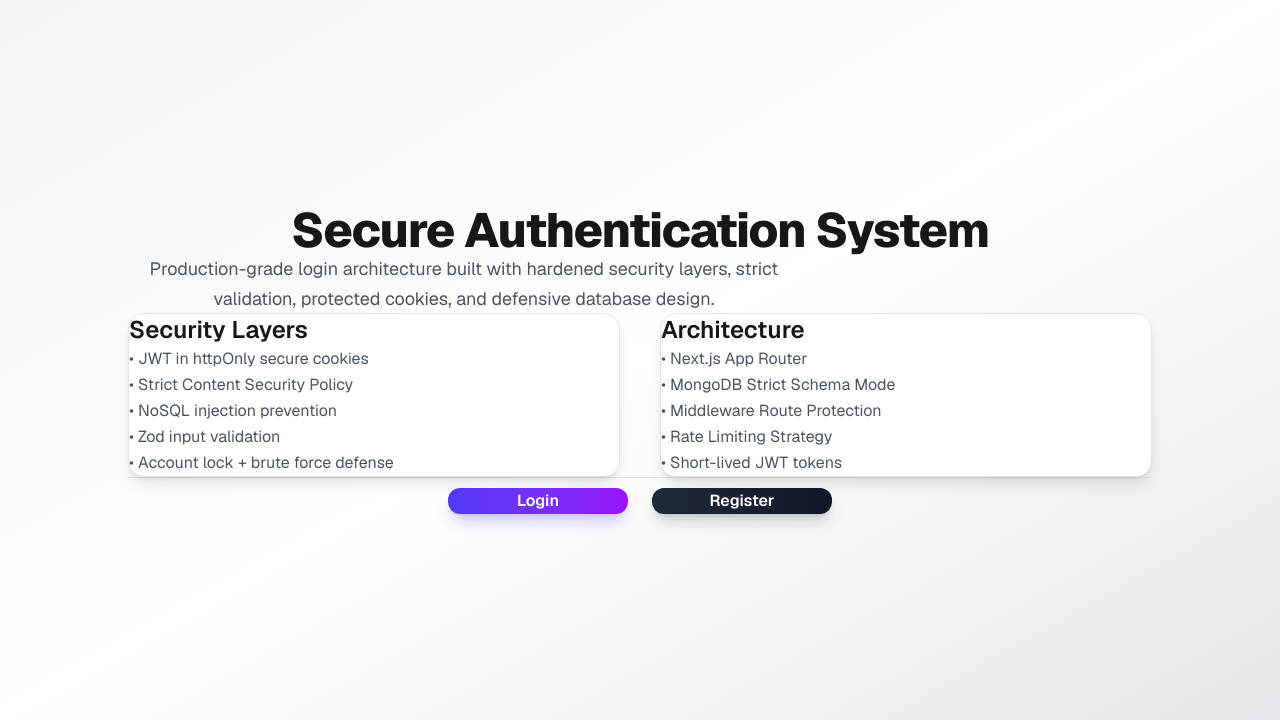
Repository: swastikjhacoder/secure-auth-app
Page: /
An editor plug-in stored every save of this project. The page is shown before and after the next save, followed by the edit.
The browser window is 1280 px wide. The pictures show the whole page.
The project was rebuilt for these pictures with package versions that can differ from the ones it lists, and the page was loaded fresh each time. The framework's server and built-in components were replaced by stand-ins that run in the browser. Also part of the build but not shown: next.config.mjs.

Above is the page before, as saved 2026-03-02 13:11:48.

### src/app/layout.js
import { Geist, Geist_Mono } from "next/font/google";
import "./globals.css";

const geistSans = Geist({
  variable: "--font-geist-sans",
  subsets: ["latin"],
  display: "swap",
});

const geistMono = Geist_Mono({
  variable: "--font-geist-mono",
  subsets: ["latin"],
  display: "swap",
});

export const metadata = {
  title: {
    default: "Secure Auth App",
    template: "%s | Secure Auth App",
  },
  description: "Production-grade secure authentication system",
  metadataBase: new URL("http://localhost:3000"),
  robots: {
    index: false,
    follow: false,
  },
};

export default function RootLayout({ children }) {
  return (
    <html lang="en" suppressHydrationWarning>
      <body
        className={`
          ${geistSans.variable}
          ${geistMono.variable}
          font-sans
          antialiased
          min-h-screen
        `}
      >
        {children}
      </body>
    </html>
  );
}

### src/app/page.js
import Link from "next/link";

export default function Home() {
  return (
    <div className="min-h-screen bg-gradient-to-br from-gray-100 via-white to-gray-200 dark:from-black dark:via-zinc-900 dark:to-black flex items-center justify-center px-6 py-20">
      <div className="w-full max-w-5xl space-y-20">
        <div className="text-center space-y-6">
          <h1 className="text-4xl sm:text-5xl font-extrabold tracking-tight">
            Secure Authentication System
          </h1>

          <p className="text-lg text-gray-600 dark:text-gray-400 max-w-2xl mx-auto leading-relaxed">
            Production-grade login architecture built with hardened security
            layers, strict validation, protected cookies, and defensive database
            design.
          </p>
        </div>

        <div className="grid gap-10 md:grid-cols-2">
          <div className="h-full rounded-2xl border border-border bg-card shadow-lg transition-all duration-300 hover:-translate-y-1 hover:shadow-2xl">
            <div className="space-y-6">
              <h3 className="text-2xl font-semibold">Security Layers</h3>

              <ul className="pl-2 space-y-4 text-gray-600 dark:text-gray-400 leading-relaxed">
                <li>• JWT in httpOnly secure cookies</li>
                <li>• Strict Content Security Policy</li>
                <li>• NoSQL injection prevention</li>
                <li>• Zod input validation</li>
                <li>• Account lock + brute force defense</li>
              </ul>
            </div>
          </div>

          <div className="h-full rounded-2xl border border-border bg-card shadow-lg transition-all duration-300 hover:-translate-y-1 hover:shadow-2xl">
            <div className="p-10 space-y-6">
              <h3 className="text-2xl font-semibold">Architecture</h3>

              <ul className="space-y-4 text-gray-600 dark:text-gray-400 leading-relaxed">
                <li>• Next.js App Router</li>
                <li>• MongoDB Strict Schema Mode</li>
                <li>• Middleware Route Protection</li>
                <li>• Rate Limiting Strategy</li>
                <li>• Short-lived JWT tokens</li>
              </ul>
            </div>
          </div>
        </div>

        <div className="flex flex-col sm:flex-row justify-center items-center gap-6 pt-10 border-t border-border">
          <Link
            href="/login"
            className="w-full sm:w-auto min-w-[180px] px-10 py-4 rounded-xl font-semibold text-white
                       bg-gradient-to-r from-indigo-600 to-purple-600
                       shadow-lg shadow-indigo-500/30
                       hover:from-indigo-500 hover:to-purple-500
                       hover:shadow-indigo-500/50
                       transition-all duration-300 text-center"
          >
            Login
          </Link>

          <Link
            href="/register"
            className="w-full sm:w-auto min-w-[180px] px-10 py-4 rounded-xl font-semibold
                       bg-gradient-to-r from-gray-800 to-gray-900
                       text-white
                       shadow-lg shadow-gray-500/30
                       hover:from-gray-700 hover:to-black
                       hover:shadow-gray-500/50
                       transition-all duration-300 text-center"
          >
            Register
          </Link>
        </div>
      </div>
    </div>
  );
}

### src/app/globals.css
@import "tailwindcss";

:root {
  --background: #ffffff;
  --foreground: #171717;

  --card: #ffffff;
  --card-foreground: #111111;

  --muted: #f4f4f5;
  --border: #e4e4e7;
}

@media (prefers-color-scheme: dark) {
  :root {
    --background: #0a0a0a;
    --foreground: #ededed;

    --card: #111111;
    --card-foreground: #f5f5f5;

    --muted: #1c1c1f;
    --border: #27272a;
  }
}

@theme inline {
  --color-background: var(--background);
  --color-foreground: var(--foreground);
  --color-card: var(--card);
  --color-card-foreground: var(--card-foreground);
  --color-muted: var(--muted);
  --color-border: var(--border);

  --font-sans: var(--font-geist-sans);
  --font-mono: var(--font-geist-mono);
}

*,
*::before,
*::after {
  box-sizing: border-box;
}

* {
  margin: 0;
  padding: 0;
}

html {
  scroll-behavior: smooth;
}

html,
body {
  overflow-x: hidden;
  min-height: 100%;
}

body {
  background: var(--background);
  color: var(--foreground);
  font-family: var(--font-geist-sans), system-ui, sans-serif;
  line-height: 1.6;
  text-rendering: optimizeLegibility;
  -webkit-font-smoothing: antialiased;
}

button {
  background: none;
  border: none;
  cursor: pointer;
  font: inherit;
}

a {
  margin-top: 10px;
  text-decoration: none;
}

input,
textarea,
select {
  font: inherit;
}

:focus-visible {
  outline: 2px solid #6366f1;
  outline-offset: 2px;
}

After the next save:
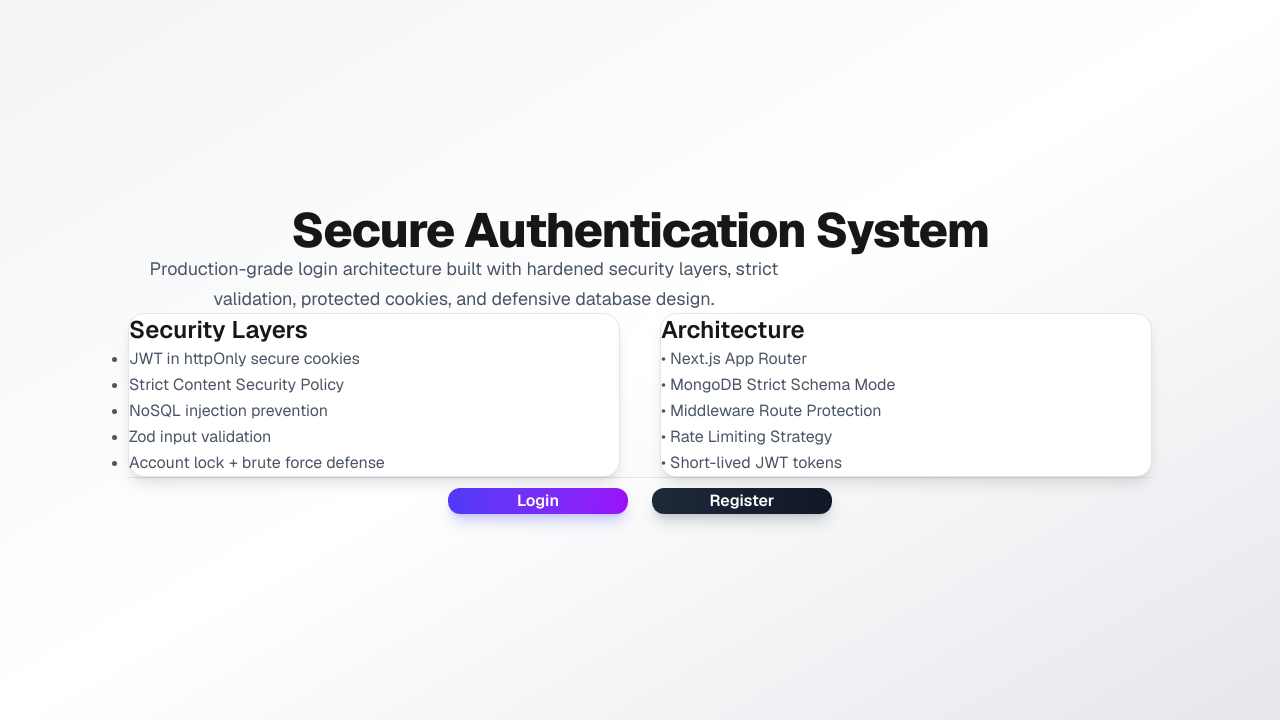
Saved 20 s later.
--- a/src/app/page.js
+++ b/src/app/page.js
@@ -18,16 +18,18 @@
 
         <div className="grid gap-10 md:grid-cols-2">
           <div className="h-full rounded-2xl border border-border bg-card shadow-lg transition-all duration-300 hover:-translate-y-1 hover:shadow-2xl">
-            <div className="space-y-6">
-              <h3 className="text-2xl font-semibold">Security Layers</h3>
+            <div className="p-10">
+              <div className="space-y-6">
+                <h3 className="text-2xl font-semibold">Security Layers</h3>
 
-              <ul className="pl-2 space-y-4 text-gray-600 dark:text-gray-400 leading-relaxed">
-                <li>• JWT in httpOnly secure cookies</li>
-                <li>• Strict Content Security Policy</li>
-                <li>• NoSQL injection prevention</li>
-                <li>• Zod input validation</li>
-                <li>• Account lock + brute force defense</li>
-              </ul>
+                <ul className="list-disc pl-5 space-y-4 text-gray-600 dark:text-gray-400 leading-relaxed">
+                  <li>JWT in httpOnly secure cookies</li>
+                  <li>Strict Content Security Policy</li>
+                  <li>NoSQL injection prevention</li>
+                  <li>Zod input validation</li>
+                  <li>Account lock + brute force defense</li>
+                </ul>
+              </div>
             </div>
           </div>
 

After the save that followed:
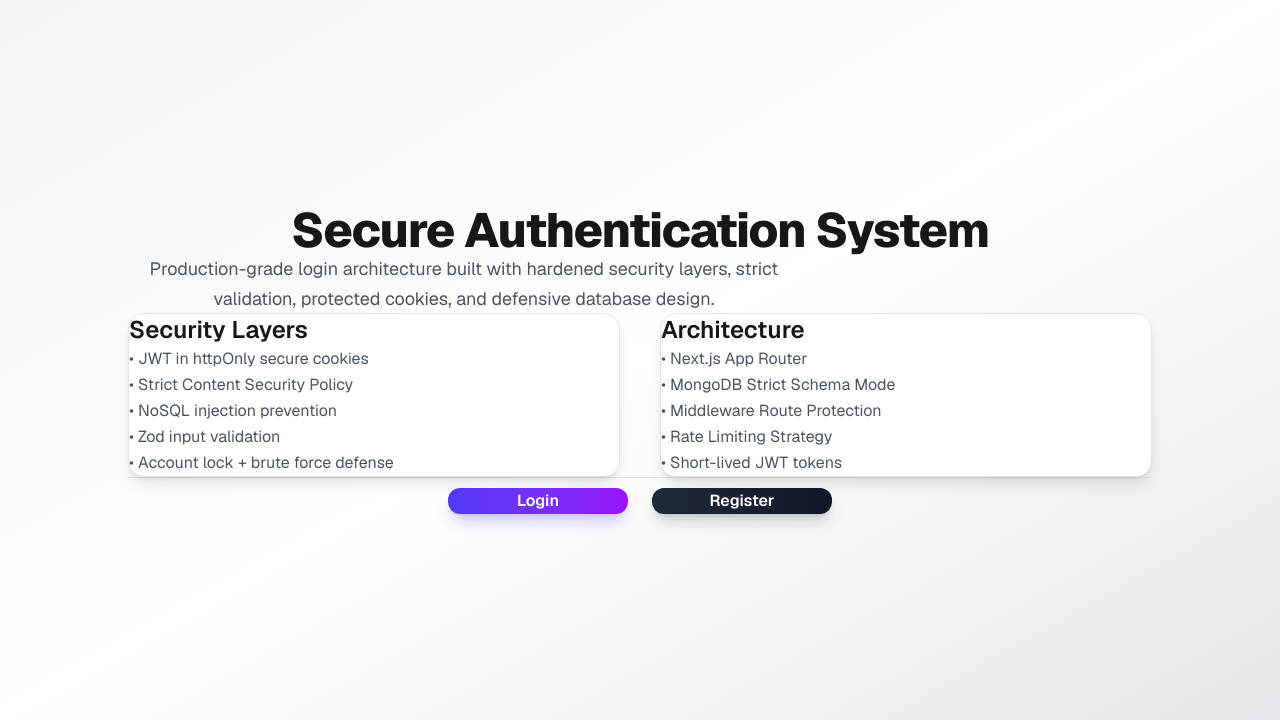
Saved 11 s later.
--- a/src/app/page.js
+++ b/src/app/page.js
@@ -18,18 +18,16 @@
 
         <div className="grid gap-10 md:grid-cols-2">
           <div className="h-full rounded-2xl border border-border bg-card shadow-lg transition-all duration-300 hover:-translate-y-1 hover:shadow-2xl">
-            <div className="p-10">
-              <div className="space-y-6">
-                <h3 className="text-2xl font-semibold">Security Layers</h3>
+            <div className="space-y-6">
+              <h3 className="text-2xl font-semibold">Security Layers</h3>
 
-                <ul className="list-disc pl-5 space-y-4 text-gray-600 dark:text-gray-400 leading-relaxed">
-                  <li>JWT in httpOnly secure cookies</li>
-                  <li>Strict Content Security Policy</li>
-                  <li>NoSQL injection prevention</li>
-                  <li>Zod input validation</li>
-                  <li>Account lock + brute force defense</li>
-                </ul>
-              </div>
+              <ul className="pl-2 space-y-4 text-gray-600 dark:text-gray-400 leading-relaxed">
+                <li>• JWT in httpOnly secure cookies</li>
+                <li>• Strict Content Security Policy</li>
+                <li>• NoSQL injection prevention</li>
+                <li>• Zod input validation</li>
+                <li>• Account lock + brute force defense</li>
+              </ul>
             </div>
           </div>
 
